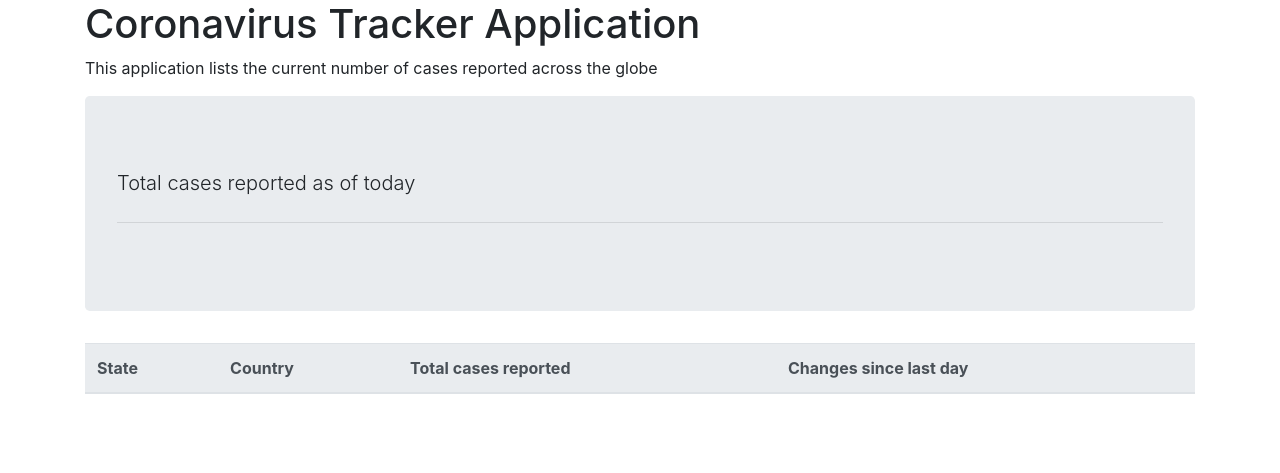
Repository: safaladhikari1/CoronaVirusTrackerApp
Page: http://localhost/home
An editor plug-in stored every save of this project. The page is shown before and after the next save, followed by the edit.
The browser window is 1280 px wide. The pictures show the whole page.
The page is this project's Thymeleaf template; nobody is signed in. The template is opened directly, without the code that normally fills it, so the values that code supplies are empty.

Above is the page before, as saved 2020-08-30 09:08:51.

After the next save:
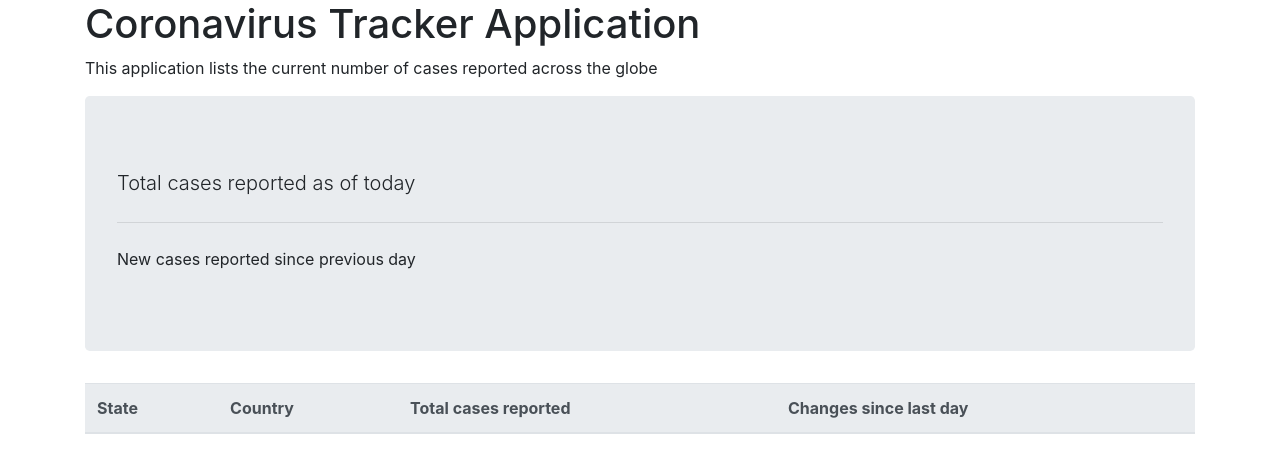
Saved 23 s later.
--- a/coronavirus-tracker/src/main/resources/templates/home.html
+++ b/coronavirus-tracker/src/main/resources/templates/home.html
@@ -22,7 +22,7 @@
   		<h1 class="display-4" th:text="${totalReportedCases}"></h1>
   		<p class="lead">Total cases reported as of today</p>
   		<hr class="my-4">
-  		<p></p>
+  		<p>New cases reported since previous day</p>
 	</div>
 
   	<table class="table">
